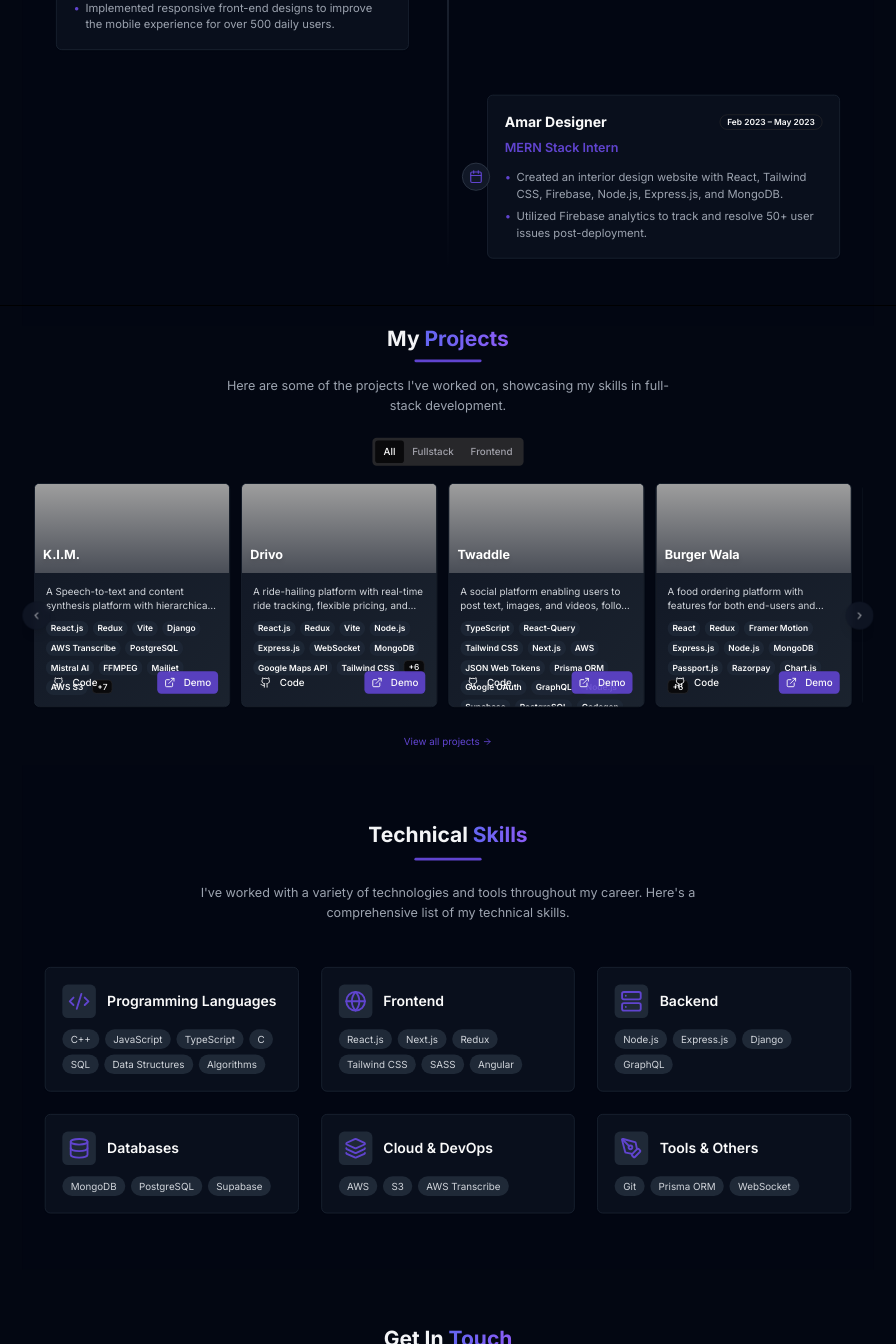
Repository: NoobCoderY/Yash
Page: /
The author's editor kept a copy of each file at every save. The page is drawn from the files as they stood at one save, then again after a run of saves.
The browser window is 1280 px wide. The pictures show the part of the page from y = 2469 to 4389 px (the page is 5408 px tall), at 70% of full size.
Pictures or frames that could not be fetched are drawn as grey boxes. The project was rebuilt for these pictures with package versions that can differ from the ones it lists, and the page was loaded fresh each time. The framework's server and built-in components were replaced by stand-ins that run in the browser. Also part of the build but not shown: next.config.mjs, app/actions/send-email.ts.

Above is the page before, as saved 2025-04-13 10:21:06.

### app/layout.tsx
import type React from "react"
import "./globals.css"
import type { Metadata } from "next"
import { Inter } from "next/font/google"
import { ThemeProvider } from "@/components/theme-provider"

const inter = Inter({ subsets: ["latin"] })

export const metadata: Metadata = {
  title: "Yash Diwaker | Full Stack Developer",
  description: "Portfolio of Yash Diwaker, Full Stack Developer specializing in MERN stack and AWS",
    generator: 'v0.dev'
}

export default function RootLayout({
  children,
}: Readonly<{
  children: React.ReactNode
}>) {
  return (
    <html lang="en" suppressHydrationWarning>
      <body className={inter.className}>
        <ThemeProvider attribute="class" defaultTheme="dark" enableSystem disableTransitionOnChange>
          {children}
        </ThemeProvider>
      </body>
    </html>
  )
}


import './globals.css'

### app/page.tsx
import Hero from "@/components/hero"
import Navbar from "@/components/navbar"
import About from "@/components/about"
import Experience from "@/components/experience"
import Projects from "@/components/projects"
import Skills from "@/components/skills"
import Contact from "@/components/contact"
import Footer from "@/components/footer"

export default function Home() {
  return (
    <div className="min-h-screen bg-gray-950 text-gray-100">
      <Navbar />
      <main className="container mx-auto px-4 sm:px-6 lg:px-8">
        <Hero />
        <About />
        <Experience />
        <Projects />
        <Skills />
        <Contact />
      </main>
      <Footer />
    </div>
  )
}

### components/projects.tsx
'use client';

import { useState, useRef } from 'react';
import { motion } from 'framer-motion';
import { useInView } from 'framer-motion';
import { Card, CardContent } from '@/components/ui/card';
import { Badge } from '@/components/ui/badge';
import { Button } from '@/components/ui/button';
import { Tabs, TabsContent, TabsList, TabsTrigger } from '@/components/ui/tabs';
import {
  ExternalLink,
  Github,
  ChevronLeft,
  ChevronRight,
  ArrowRight,
} from 'lucide-react';
import Link from 'next/link';
import {
  Popover,
  PopoverContent,
  PopoverTrigger,
} from '@/components/ui/popover';

export default function Projects() {
  const ref = useRef(null);
  const carouselRef = useRef<HTMLDivElement>(null);
  const isInView = useInView(ref, { once: true, margin: '-100px' });
  const [activeTab, setActiveTab] = useState('all');

  const projects = [
    {
      title: 'K.I.M.',
      description:
        'A Speech-to-text and content synthesis platform with hierarchical management of companies, departments, and projects.',
      image: '/placeholder.svg?height=300&width=500',
      tags: [
        'React.js',
        'Redux',
        'Vite',
        'Django',
        'AWS Transcribe',
        'PostgreSQL',
        'Mistral AI',
        'FFMPEG',
        'Mailjet',
        'AWS S3',
      ],
      category: 'fullstack',
      github: '#',
      demo: '#',
    },
    {
      title: 'Drivo',
      description:
        'A ride-hailing platform with real-time ride tracking, flexible pricing, and geolocation services using WebSocket and Google Maps API.',
      image: '/placeholder.svg?height=300&width=500',
      tags: [
        'React.js',
        'Redux',
        'Vite',
        'Node.js',
        'Express.js',
        'WebSocket',
        'MongoDB',
        'Google Maps API',
        'Tailwind CSS',
      ],
      category: 'fullstack',
      github: '#',
      demo: '#',
    },
    {
      title: 'Twaddle',
      description:
        'A social platform enabling users to post text, images, and videos, follow others, and view personalized feeds using GraphQL and Prisma ORM.',
      image: '/placeholder.svg?height=300&width=500',
      tags: [
        'TypeScript',
        'React-Query',
        'Tailwind CSS',
        'Next.js',
        'AWS',
        'JSON Web Tokens',
        'Prisma ORM',
        'Google OAuth',
        'GraphQL',
        'Node.js',
        'Supabase',
        'PostgreSQL',
        'Codegen',
      ],
      category: 'fullstack',
      github: '#',
      demo: '#',
    },
    {
      title: 'Burger Wala',
      description:
        'A food ordering platform with features for both end-users and admins, including online payment integration with Razorpay.',
      image: '/placeholder.svg?height=300&width=500',
      tags: [
        'React',
        'Redux',
        'Framer Motion',
        'Express.js',
        'Node.js',
        'MongoDB',
        'Passport.js',
        'Razorpay',
        'Chart.js',
      ],
      category: 'fullstack',
      github: '#',
      demo: '#',
    },
    {
      title: 'Crypto Tracker',
      description:
        'A React-based cryptocurrency tracking application featuring live data charts, favorite coin management, and real-time price updates.',
      image: '/placeholder.svg?height=300&width=500',
      tags: [
        'React.js',
        'Redux',
        'Chart.js',
        'CoinGecko API',
        'Axios',
        'Tailwind CSS',
        'React Query',
        'LocalStorage',
        'Vite',
        'Framer Motion',
      ],
      category: 'frontend',
      github: '#',
      demo: '#',
    },
    {
      title: 'E-Commerce Admin Dashboard',
      description:
        'A comprehensive admin dashboard for managing e-commerce orders, products, and customer data with sales analytics.',
      image: '/placeholder.svg?height=300&width=500',
      tags: [
        'MongoDB',
        'Express.js',
        'React.js',
        'Node.js',
        'Redux',
        'Chart.js',
        'JWT Authentication',
        'Mongoose',
        'Tailwind CSS',
        'Axios',
        'React Table',
      ],
      category: 'fullstack',
      github: '#',
      demo: '#',
    },
    {
      title: 'Quiz Application',
      description:
        'An interactive quiz platform allowing users to create, share, and participate in quizzes across various categories.',
      image: '/placeholder.svg?height=300&width=500',
      tags: [
        'MongoDB',
        'Express.js',
        'React.js',
        'Node.js',
        'Redux',
        'Socket.io',
        'JWT Authentication',
        'Mongoose',
        'Tailwind CSS',
        'React Hook Form',
      ],
      category: 'fullstack',
      github: '#',
      demo: '#',
    },
  ];

  // Get unique categories
  const categories = [
    'all',
    ...new Set(projects.map((project) => project.category)),
  ];

  // Filter projects based on active tab
  const filteredProjects =
    activeTab === 'all'
      ? projects
      : projects.filter((project) => project.category === activeTab);

  const scroll = (direction: 'left' | 'right') => {
    if (carouselRef.current) {
      const { current } = carouselRef;
      const scrollAmount =
        direction === 'left' ? -current.clientWidth : current.clientWidth;
      current.scrollBy({ left: scrollAmount, behavior: 'smooth' });
    }
  };

  const cardVariants = {
    hidden: { opacity: 0, y: 20 },
    visible: (i: number) => ({
      opacity: 1,
      y: 0,
      transition: {
        delay: 0.05 * i,
        duration: 0.4,
      },
    }),
  };

  return (
    <section
      id='projects'
      className=' overflow-hidden'
    >
      <div className='container mx-auto px-4'>
        <motion.div
          initial={{ opacity: 0, y: 20 }}
          animate={isInView ? { opacity: 1, y: 0 } : { opacity: 0, y: 20 }}
          transition={{ duration: 0.5 }}
          ref={ref}
          className='text-center mb-8'
        >
          <h2 className='text-3xl font-bold mb-3'>
            My <span className='gradient-text'>Projects</span>
          </h2>
          <div className='w-24 h-1 bg-primary mx-auto mb-5 rounded-full'></div>
          <p className='text-lg text-gray-400 max-w-2xl mx-auto'>
            Here are some of the projects I've worked on, showcasing my skills
            in full-stack development.
          </p>
        </motion.div>

        <Tabs
          defaultValue='all'
          value={activeTab}
          onValueChange={setActiveTab}
          className='mb-6'
        >
          <div className='flex justify-center mb-6'>
            <TabsList>
              {categories.map((category) => (
                <TabsTrigger
                  key={category}
                  value={category}
                  className='capitalize'
                >
                  {category}
                </TabsTrigger>
              ))}
            </TabsList>
          </div>

          <TabsContent
            value={activeTab}
            className='mt-0 relative'
          >
            <div className='absolute -left-4 top-1/2 -translate-y-1/2 z-10'>
              <Button
                variant='ghost'
                size='icon'
                className='rounded-full bg-gray-900/80 backdrop-blur-sm hover:bg-gray-800 shadow-lg'
                onClick={() => scroll('left')}
              >
                <ChevronLeft className='h-5 w-5' />
                <span className='sr-only'>Scroll left</span>
              </Button>
            </div>

            <div
              ref={carouselRef}
              className='flex overflow-x-auto gap-4 pb-4 snap-x snap-mandatory hide-scrollbar'
              style={{ scrollbarWidth: 'none', msOverflowStyle: 'none' }}
            >
              {filteredProjects.map((project, i) => (
                <motion.div
                  key={i}
                  custom={i}
                  variants={cardVariants}
                  initial='hidden'
                  animate={isInView ? 'visible' : 'hidden'}
                  className='min-w-[280px] max-w-[280px] snap-start'
                >
                  <Card className='h-[320px] bg-gradient-to-br from-gray-900/90 to-gray-800/80 border-gray-800 hover:border-primary/40 transition-all duration-300 overflow-hidden group relative'>
                    <div className='absolute inset-0 bg-gradient-to-br from-primary/10 to-purple-900/10 opacity-0 group-hover:opacity-100 transition-opacity duration-500'></div>

                    <div className='relative h-32 overflow-hidden'>
                      <img
                        src={project.image || '/placeholder.svg'}
                        alt={project.title}
                        className='w-full h-full object-cover transition-transform duration-700 group-hover:scale-110'
                      />
                      <div className='absolute inset-0 bg-gradient-to-t from-gray-900 to-transparent opacity-60'></div>
                      <div className='absolute bottom-0 left-0 w-full p-3'>
                        <h3 className='text-lg font-bold text-white drop-shadow-md'>
                          {project.title}
                        </h3>
                      </div>
                    </div>

                    <CardContent className='p-4 flex flex-col h-[188px]'>
                      <p className='text-gray-300 text-sm mb-3 line-clamp-2 h-10'>
                        {project.description}
                      </p>

                      <div className='flex flex-wrap gap-1.5 h-[40px]'>
                        {project.tags.map((tag, index) => (
                          <Badge
                            key={index}
                            variant='secondary'
                            className='text-xs px-1.5 py-0.5 bg-gray-800/80'
                          >
                            {tag}
                          </Badge>
                        ))}
                        {project.tags.length > 3 && (
                          <Popover>
                            <PopoverTrigger asChild>
                              <Button
                                variant='outline'
                                size='sm'
                                className='h-5 text-xs px-1.5 py-0'
                              >
                                +{project.tags.length - 3}
                              </Button>
                            </PopoverTrigger>
                            <PopoverContent className='w-auto p-2 bg-gray-900 border-gray-800'>
                              <div className='flex flex-wrap gap-1.5 max-w-[250px]'>
                                {project.tags.slice(3).map((tag, index) => (
                                  <Badge
                                    key={index}
                                    variant='secondary'
                                    className='text-xs px-1.5 py-0.5 bg-gray-800/80'
                                  >
                                    {tag}
                                  </Badge>
                                ))}
                              </div>
                            </PopoverContent>
                          </Popover>
                        )}
                      </div>

                      <div className='flex justify-between mt-auto'>
                        <Link
                          href={project.github}
                          target='_blank'
                          rel='noopener noreferrer'
                        >
                          <Button
                            variant='ghost'
                            size='sm'
                            className='h-8 px-2.5'
                          >
                            <Github className='h-3.5 w-3.5 mr-1' />
                            Code
                          </Button>
                        </Link>
                        <Link
                          href={project.demo}
                          target='_blank'
                          rel='noopener noreferrer'
                        >
                          <Button
                            size='sm'
                            className='h-8 px-2.5 bg-primary/90 hover:bg-primary'
                          >
                            <ExternalLink className='h-3.5 w-3.5 mr-1' />
                            Demo
                          </Button>
                        </Link>
                      </div>
                    </CardContent>

                    <div className='absolute inset-0 bg-gradient-to-t from-black to-transparent opacity-0 group-hover:opacity-20 transition-opacity duration-300 pointer-events-none'></div>
                  </Card>
                </motion.div>
              ))}
            </div>

            <div className='absolute -right-4 top-1/2 -translate-y-1/2 z-10'>
              <Button
                variant='ghost'
                size='icon'
                className='rounded-full bg-gray-900/80 backdrop-blur-sm hover:bg-gray-800 shadow-lg'
                onClick={() => scroll('right')}
              >
                <ChevronRight className='h-5 w-5' />
                <span className='sr-only'>Scroll right</span>
              </Button>
            </div>

            <div className='flex justify-center mt-6'>
              <Link
                href='#'
                className='group inline-flex items-center text-sm text-primary hover:text-primary/80 transition-colors'
              >
                View all projects
                <ArrowRight className='ml-1 h-3.5 w-3.5 transition-transform group-hover:translate-x-0.5' />
              </Link>
            </div>
          </TabsContent>
        </Tabs>
      </div>
    </section>
  );
}

### components/ui/card.tsx
import * as React from "react"

import { cn } from "@/lib/utils"

const Card = React.forwardRef<
  HTMLDivElement,
  React.HTMLAttributes<HTMLDivElement>
>(({ className, ...props }, ref) => (
  <div
    ref={ref}
    className={cn(
      "rounded-lg border bg-card text-card-foreground shadow-sm",
      className
    )}
    {...props}
  />
))
Card.displayName = "Card"

const CardHeader = React.forwardRef<
  HTMLDivElement,
  React.HTMLAttributes<HTMLDivElement>
>(({ className, ...props }, ref) => (
  <div
    ref={ref}
    className={cn("flex flex-col space-y-1.5 p-6", className)}
    {...props}
  />
))
CardHeader.displayName = "CardHeader"

const CardTitle = React.forwardRef<
  HTMLDivElement,
  React.HTMLAttributes<HTMLDivElement>
>(({ className, ...props }, ref) => (
  <div
    ref={ref}
    className={cn(
      "text-2xl font-semibold leading-none tracking-tight",
      className
    )}
    {...props}
  />
))
CardTitle.displayName = "CardTitle"

const CardDescription = React.forwardRef<
  HTMLDivElement,
  React.HTMLAttributes<HTMLDivElement>
>(({ className, ...props }, ref) => (
  <div
    ref={ref}
    className={cn("text-sm text-muted-foreground", className)}
    {...props}
  />
))
CardDescription.displayName = "CardDescription"

const CardContent = React.forwardRef<
  HTMLDivElement,
  React.HTMLAttributes<HTMLDivElement>
>(({ className, ...props }, ref) => (
  <div ref={ref} className={cn("p-6 pt-0", className)} {...props} />
))
CardContent.displayName = "CardContent"

const CardFooter = React.forwardRef<
  HTMLDivElement,
  React.HTMLAttributes<HTMLDivElement>
>(({ className, ...props }, ref) => (
  <div
    ref={ref}
    className={cn("flex items-center p-6 pt-0", className)}
    {...props}
  />
))
CardFooter.displayName = "CardFooter"

export { Card, CardHeader, CardFooter, CardTitle, CardDescription, CardContent }

### components/ui/badge.tsx
import * as React from "react"
import { cva, type VariantProps } from "class-variance-authority"

import { cn } from "@/lib/utils"

const badgeVariants = cva(
  "inline-flex items-center rounded-full border px-2.5 py-0.5 text-xs font-semibold transition-colors focus:outline-none focus:ring-2 focus:ring-ring focus:ring-offset-2",
  {
    variants: {
      variant: {
        default:
          "border-transparent bg-primary text-primary-foreground hover:bg-primary/80",
        secondary:
          "border-transparent bg-secondary text-secondary-foreground hover:bg-secondary/80",
        destructive:
          "border-transparent bg-destructive text-destructive-foreground hover:bg-destructive/80",
        outline: "text-foreground",
      },
    },
    defaultVariants: {
      variant: "default",
    },
  }
)

export interface BadgeProps
  extends React.HTMLAttributes<HTMLDivElement>,
    VariantProps<typeof badgeVariants> {}

function Badge({ className, variant, ...props }: BadgeProps) {
  return (
    <div className={cn(badgeVariants({ variant }), className)} {...props} />
  )
}

export { Badge, badgeVariants }

### components/ui/tabs.tsx
"use client"

import * as React from "react"
import * as TabsPrimitive from "@radix-ui/react-tabs"

import { cn } from "@/lib/utils"

const Tabs = TabsPrimitive.Root

const TabsList = React.forwardRef<
  React.ElementRef<typeof TabsPrimitive.List>,
  React.ComponentPropsWithoutRef<typeof TabsPrimitive.List>
>(({ className, ...props }, ref) => (
  <TabsPrimitive.List
    ref={ref}
    className={cn(
      "inline-flex h-10 items-center justify-center rounded-md bg-muted p-1 text-muted-foreground",
      className
    )}
    {...props}
  />
))
TabsList.displayName = TabsPrimitive.List.displayName

const TabsTrigger = React.forwardRef<
  React.ElementRef<typeof TabsPrimitive.Trigger>,
  React.ComponentPropsWithoutRef<typeof TabsPrimitive.Trigger>
>(({ className, ...props }, ref) => (
  <TabsPrimitive.Trigger
    ref={ref}
    className={cn(
      "inline-flex items-center justify-center whitespace-nowrap rounded-sm px-3 py-1.5 text-sm font-medium ring-offset-background transition-all focus-visible:outline-none focus-visible:ring-2 focus-visible:ring-ring focus-visible:ring-offset-2 disabled:pointer-events-none disabled:opacity-50 data-[state=active]:bg-background data-[state=active]:text-foreground data-[state=active]:shadow-sm",
      className
    )}
    {...props}
  />
))
TabsTrigger.displayName = TabsPrimitive.Trigger.displayName

const TabsContent = React.forwardRef<
  React.ElementRef<typeof TabsPrimitive.Content>,
  React.ComponentPropsWithoutRef<typeof TabsPrimitive.Content>
>(({ className, ...props }, ref) => (
  <TabsPrimitive.Content
    ref={ref}
    className={cn(
      "mt-2 ring-offset-background focus-visible:outline-none focus-visible:ring-2 focus-visible:ring-ring focus-visible:ring-offset-2",
      className
    )}
    {...props}
  />
))
TabsContent.displayName = TabsPrimitive.Content.displayName

export { Tabs, TabsList, TabsTrigger, TabsContent }

### components/ui/popover.tsx
"use client"

import * as React from "react"
import * as PopoverPrimitive from "@radix-ui/react-popover"

import { cn } from "@/lib/utils"

const Popover = PopoverPrimitive.Root

const PopoverTrigger = PopoverPrimitive.Trigger

const PopoverContent = React.forwardRef<
  React.ElementRef<typeof PopoverPrimitive.Content>,
  React.ComponentPropsWithoutRef<typeof PopoverPrimitive.Content>
>(({ className, align = "center", sideOffset = 4, ...props }, ref) => (
  <PopoverPrimitive.Portal>
    <PopoverPrimitive.Content
      ref={ref}
      align={align}
      sideOffset={sideOffset}
      className={cn(
        "z-50 w-72 rounded-md border bg-popover p-4 text-popover-foreground shadow-md outline-none data-[state=open]:animate-in data-[state=closed]:animate-out data-[state=closed]:fade-out-0 data-[state=open]:fade-in-0 data-[state=closed]:zoom-out-95 data-[state=open]:zoom-in-95 data-[side=bottom]:slide-in-from-top-2 data-[side=left]:slide-in-from-right-2 data-[side=right]:slide-in-from-left-2 data-[side=top]:slide-in-from-bottom-2",
        className
      )}
      {...props}
    />
  </PopoverPrimitive.Portal>
))
PopoverContent.displayName = PopoverPrimitive.Content.displayName

export { Popover, PopoverTrigger, PopoverContent }

### components/ui/input.tsx
import * as React from "react"

import { cn } from "@/lib/utils"

const Input = React.forwardRef<HTMLInputElement, React.ComponentProps<"input">>(
  ({ className, type, ...props }, ref) => {
    return (
      <input
        type={type}
        className={cn(
          "flex h-10 w-full rounded-md border border-input bg-background px-3 py-2 text-base ring-offset-background file:border-0 file:bg-transparent file:text-sm file:font-medium file:text-foreground placeholder:text-muted-foreground focus-visible:outline-none focus-visible:ring-2 focus-visible:ring-ring focus-visible:ring-offset-2 disabled:cursor-not-allowed disabled:opacity-50 md:text-sm",
          className
        )}
        ref={ref}
        {...props}
      />
    )
  }
)
Input.displayName = "Input"

export { Input }

Loaded but not shown: components/theme-provider.tsx (common file); components/ui/textarea.tsx (common file); hooks/use-toast.ts (common file); lib/utils.ts (common file); tailwind.config.ts (common file); components/contact.tsx (244 lines, source omitted); components/hero.tsx (166 lines, source omitted); components/experience.tsx (114 lines, source omitted); components/skills.tsx (126 lines, source omitted); components/navbar.tsx (107 lines, source omitted); components/about.tsx (86 lines, source omitted); components/footer.tsx (79 lines, source omitted); app/globals.css (141 lines, source omitted); components/ui/button.tsx (56 lines, source omitted)

After the next 2 saves:
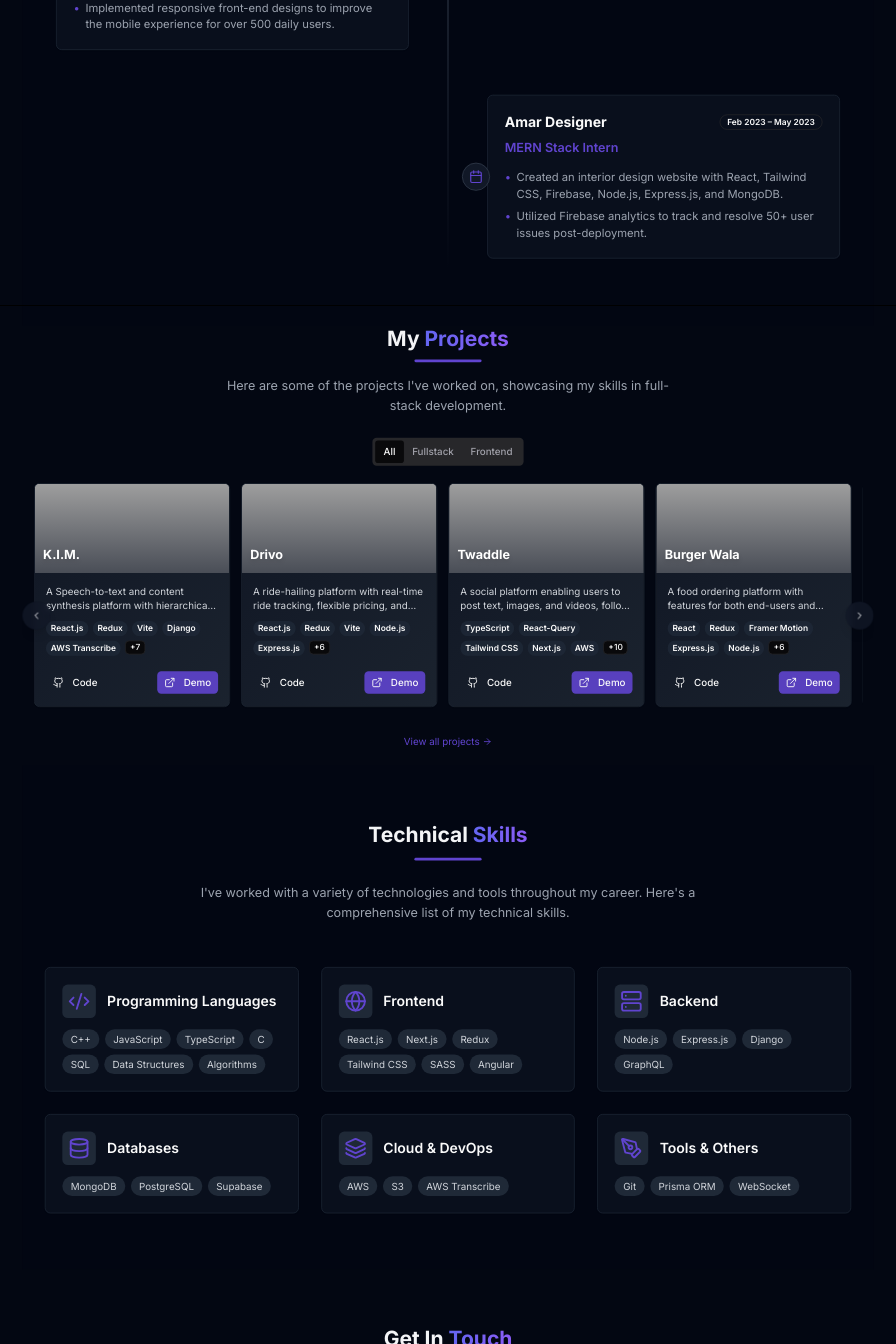
The 2 saves are shown as one change because they came seconds apart.
The last was saved 25 s later.
--- a/components/projects.tsx
+++ b/components/projects.tsx
@@ -308,7 +308,7 @@ export default function Projects() {
                       </p>
 
                       <div className='flex flex-wrap gap-1.5 h-[40px]'>
-                        {project.tags.map((tag, index) => (
+                        {project.tags.slice(0, 5).map((tag, index) => (
                           <Badge
                             key={index}
                             variant='secondary'
